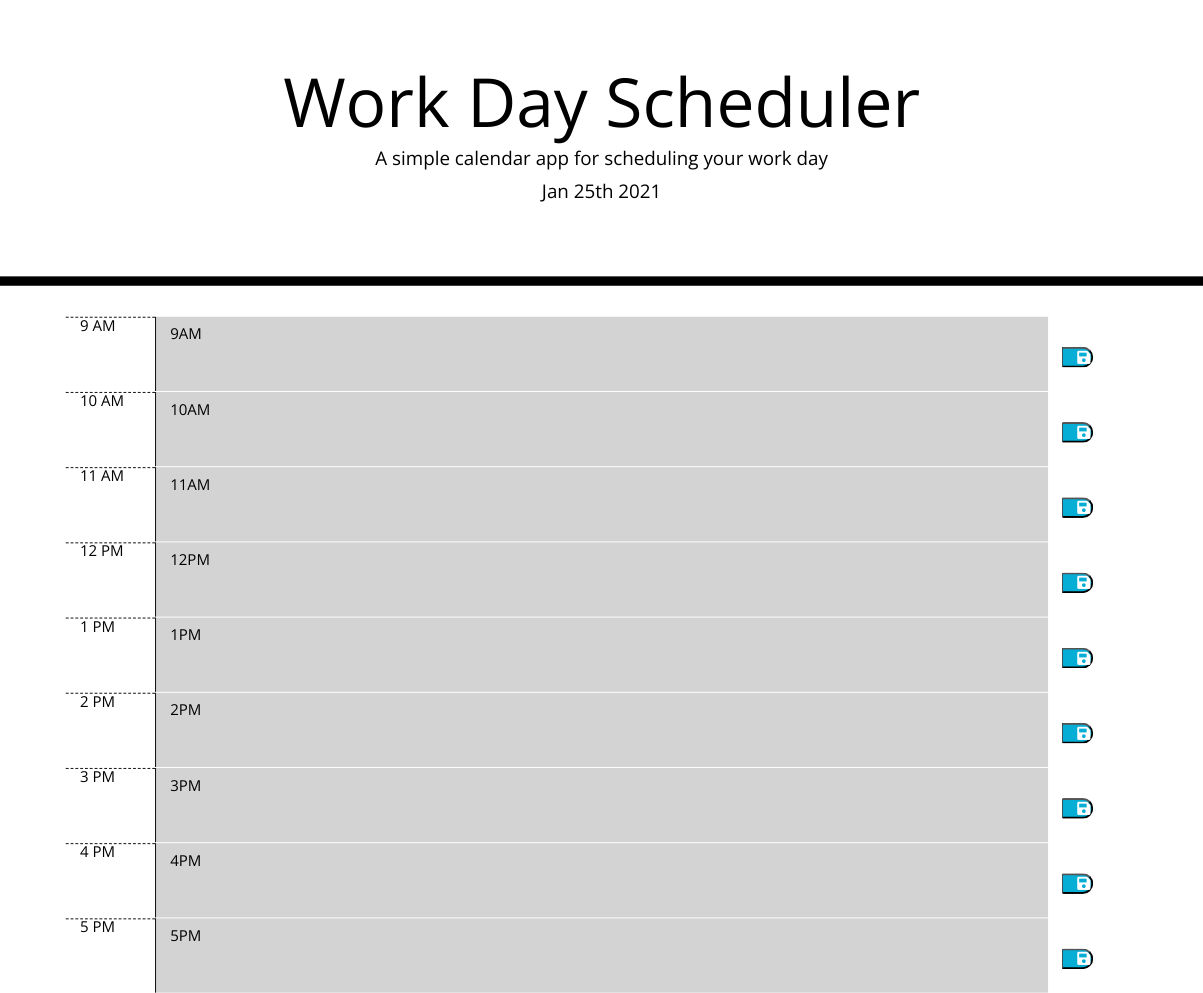
Repository: UPye/workDayScheduler
Page: index.html
The author's editor kept a copy of each file at every save. The page is drawn from the files as they stood at one save, then again after the next save.
The browser window is 1280 px wide. The pictures show the whole page, at 94% of full size.
Some web libraries are served in a nearby version.

Above is the page before, as saved 2021-01-25 22:03:03.

### index.html
<!DOCTYPE html>
<html lang="en">
  <head>
    <meta charset="UTF-8" />
    <meta name="viewport" content="width=device-width, initial-scale=1.0" />
    <meta http-equiv="X-UA-Compatible" content="ie=edge" />
    <link
      rel="stylesheet"
      href="https://stackpath.bootstrapcdn.com/bootstrap/4.3.1/css/bootstrap.min.css"
    />
    <link
      rel="stylesheet"
      href="https://use.fontawesome.com/releases/v5.8.1/css/all.css"
      integrity="sha384-50oBUHEmvpQ+1lW4y57PTFmhCaXp0ML5d60M1M7uH2+nqUivzIebhndOJK28anvf"
      crossorigin="anonymous"
    />
    <link
      href="https://fonts.googleapis.com/css?family=Open+Sans&display=swap"
      rel="stylesheet"
    />
    <link rel="stylesheet" href="./assets/CSS/style.css" />
    <title>Work Day Scheduler</title>
  </head>

  <body>
    <header class="jumbotron">
      <h1 class="display-3">Work Day Scheduler</h1>
      <p class="lead">A simple calendar app for scheduling your work day</p>
      <p id="currentDay" class="lead"></p>
    </header>

      <!-- Timeblocks go here -->
    <main class="container">
      <section class="row timeblocks" id="ls">
        <div class="col-1 hour">9 AM</div>
        <textarea id="hour-9" data-id="9" class="task col-10" name="server" autocomplete="off"></textarea>
        <div class="col-1 save">
          <button type="button" id="save-9" data-id="9" class="saveBtn col-1"><i class="fas fa-save"></i></button>
        </div>
      </section>
      <section class="row timeblocks">
        <div class="col-1 hour">10 AM</div>
        <textarea id="hour-10" data-id="10" class="col-10 task" placeholder="" autocomplete="off"></textarea>
        <div class="col-1 save">
          <button type="button" id="save-10" data-id="10" class="saveBtn col-1"><i class="fas fa-save"></i></button>
        </div>
      </section>
      <section class="row timeblocks">
        <div class="col-1 hour">11 AM</div>
        <textarea id="hour-11" data-id="11" class="col-10 task" placeholder="" autocomplete="off"></textarea>
        <div class="col-1 save">
          <button type="button" id="save-11" data-id="11" class="saveBtn col-1"><i class="fas fa-save"></i></button>
        </div>
      </section>
      <section class="row timeblocks">
        <div class="col-1 hour">12 PM</div>
        <textarea id="hour-12" data-id="12" class="col-10 task" placeholder="" autocomplete="off"></textarea>
        <div class="col-1 save">
          <button type="button" id="save-12" data-id="12" class="saveBtn col-1"><i class="fas fa-save"></i></button>
        </div>
      </section>
      <section class="row timeblocks">
        <div class="col-1 hour">1 PM</div>
        <textarea id="hour-1" data-id="1" class="task col-10" placeholder="" autocomplete="off"></textarea>
        <div class="col-1 save">
          <button type="button" id="save-1" data-id="1" class="saveBtn col-1"><i class="fas fa-save"></i></button>
        </div>
      </section>
      <section class="row timeblocks">
        <div class="col-1 hour">2 PM</div>
        <textarea id="hour-2" data-id="2" class="task col-10" placeholder="" autocomplete="off"></textarea>
        <div class="col-1 save">
          <button type="button" id="save-2" data-id="2" class="saveBtn col-1"><i class="fas fa-save"></i></button>
        </div>
      </section>
      <section class="row timeblocks">
        <div class="col-1 hour">3 PM</div>
        <textarea id="hour-3" data-id="3" class="task col-10" placeholder="" autocomplete="off"></textarea>
        <div class="col-1 save">
          <button type="button" id="save-3" data-id="3" class="saveBtn col-1"><i class="fas fa-save"></i></button>
        </div>
      </section>
      <section class="row timeblocks">
        <div class="col-1 hour">4 PM</div>
        <textarea id="hour-4" data-id="4" class="task col-10" placeholder="" autocomplete="off"></textarea>
        <div class="col-1 save">
          <button type="button" id="save-4" data-id="4" class="saveBtn col-1"><i class="fas fa-save"></i></button>
        </div>
      </section>
      <section class="row timeblocks">
        <div class="col-1 hour">5 PM</div>
        <textarea id="hour-5" data-id="5" class="task col-10" placeholder="" autocomplete="off"></textarea>
        <div class="col-1 save">
          <button type="button" id="save-5" data-id="5" class="saveBtn col-1"><i class="fas fa-save"></i></button>
        </div>
      </section>
    </div>

    <script src="https://code.jquery.com/jquery-3.4.1.min.js"></script>
    <script src="https://cdnjs.cloudflare.com/ajax/libs/moment.js/2.24.0/moment.min.js"></script>
    <script src="./assets/JS/script.js"></script>
  </body>
</html>

### assets/CSS/style.css
body {
  font-family: 'Open Sans', sans-serif;
  font-size: 16px;
  line-height: 1;
}

textarea {
  background: transparent;
  border: none;
  resize: none;
  color: #000000;
  border-left: 1px solid black;
  padding: 10px;
}

.jumbotron {
  text-align: center;
  background-color: transparent;
  color: black;
  border-radius: 0;
  border-bottom: 10px solid black;
}

.description {
  white-space: pre-wrap;
}

.time-block {
  text-align: center;
  border-radius: 15px;
}

.row {
  white-space: pre-wrap;
  height: 80px;
  border-top: 1px solid white;;
}

.hour {
  background-color: #ffffff;
  color: #000000;
  border-top: 1px dashed #000000;
}

.past {
  background-color: #d3d3d3;
  color: black;
}

.present {
  background-color: #ff6961;
  color: black;
}

.future {
  background-color: #77dd77;
  color: black;
}

.saveBtn {
  border-left: 1px solid black;
  border-top-right-radius: 15px;
  border-bottom-right-radius: 15px;
  background-size: 1px 100px;
  background-color: #06AED5;
  color: white;
}

.saveBtn i:hover {
  font-size: 20px;
  transition: all .3s ease-in-out;
}

### assets/JS/script.js
// Displays the date at the top
var date = moment().format("MMM Do YYYY");
$("#currentDay").text(date);

// Continually check for the time, in case task due dates are approaching
var currentTime = parseInt(moment().format("H"));
var aryTasks = [];


// Listens for click events on clickable items
$("button").on("click", function(event) {

    var calendarEntryId = $(this).attr("data-id");
    var calendarTextElement = "#hour-" + calendarEntryId;
    var calendarText = $(calendarTextElement).val();

    console.log(calendarText);

    var createObject = {
        hour: parseInt(calendarEntryId),
        task: calendarText
    };

    aryTasks.push(createObject);

    // Upload input to localStorage
    localStorage.setItem("taskData", JSON.stringify(aryTasks));
});

var updateInfo = function () {
    date = moment();
    datetime.html(date.format("dddd, MMMM Do YYYY, h:mm:ss a"));
};


// Check if task is in the past, present, or future
$("textarea").each(function() {
    var calendarTime = parseInt($(this).attr("data-id"));
        $(this).removeClass("past");
        $(this).removeClass("present");
        $(this).removeClass("future");

        // Get data from the localStorage
        if (calendarTime >= 9 && calendarTime <= 11){
            $(this).val(calendarTime + "AM");
        } else {
            $(this).val(calendarTime + "PM");
        }
        if (calendarTime < currentTime) {
            $(this).addClass("past");
        }
        else if (calendarTime === currentTime) {
            $(this).addClass("present");
        }
        else if (calendarTime > currentTime) {
            $(this).addClass("future");
        };
});

aryTasks = JSON.parse(localStorage.getItem("taskData")) || [];

var renderData = function() {
    for(i=0; i < aryTasks.length; i++) {
        let input = $("#hour-" + aryTasks[i].hour);
        input.val(aryTasks[i].task);
    }
};

renderData();

After the next save:
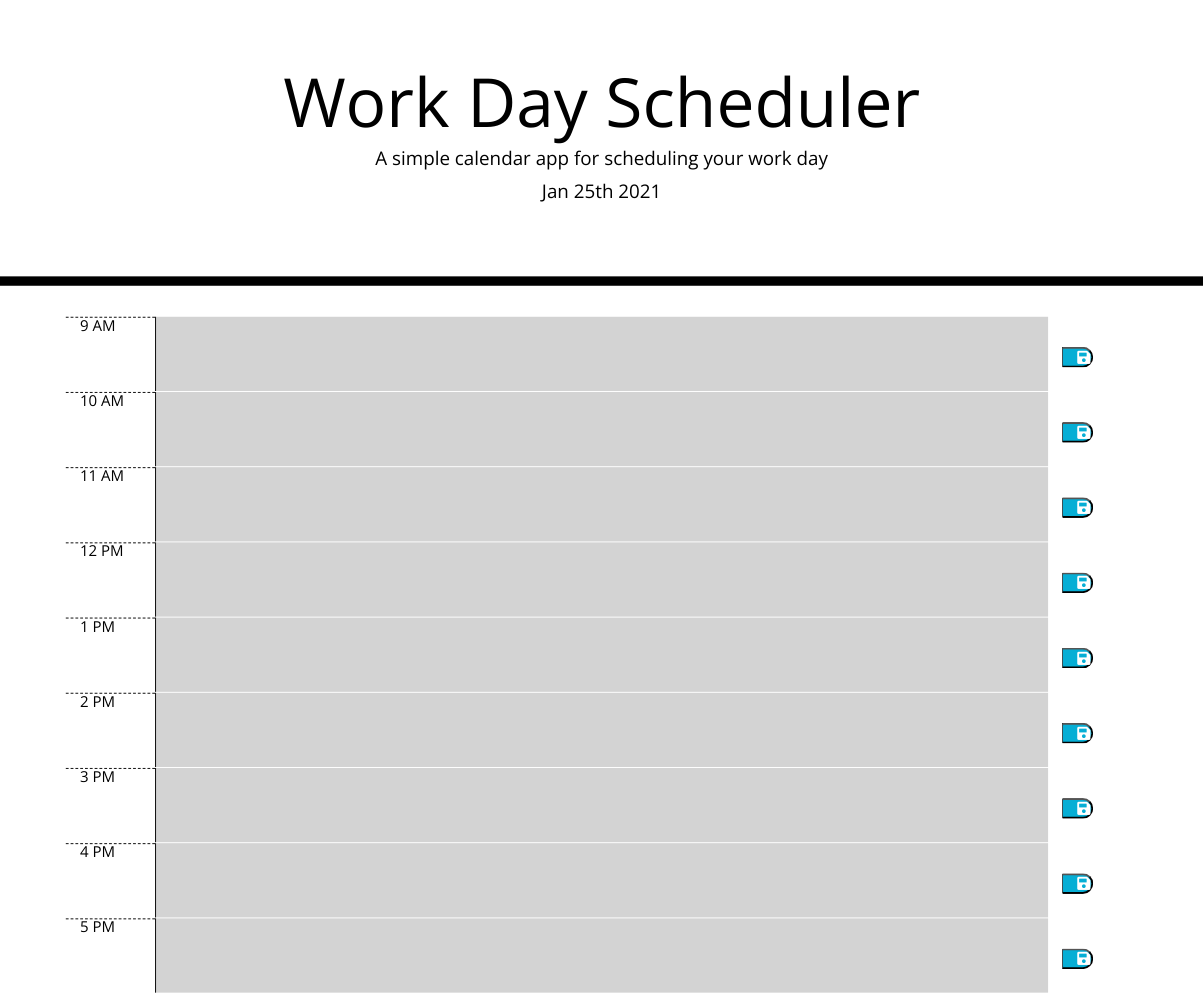
Saved 6 s later.
--- a/assets/JS/script.js
+++ b/assets/JS/script.js
@@ -40,12 +40,12 @@ $("textarea").each(function() {
         $(this).removeClass("present");
         $(this).removeClass("future");
 
-        // Get data from the localStorage
-        if (calendarTime >= 9 && calendarTime <= 11){
-            $(this).val(calendarTime + "AM");
-        } else {
-            $(this).val(calendarTime + "PM");
-        }
+        // // Get data from the localStorage
+        // if (calendarTime >= 9 && calendarTime <= 11){
+        //     $(this).val(calendarTime + "AM");
+        // } else {
+        //     $(this).val(calendarTime + "PM");
+        // }
         if (calendarTime < currentTime) {
             $(this).addClass("past");
         }
